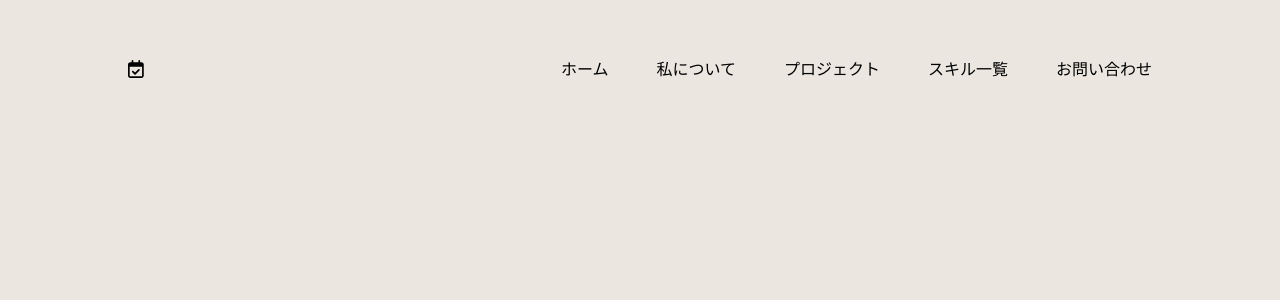
Repository: n-yoshikawa00/reactfolio
Page: /
An editor plug-in stored every save of this project. The page is shown before and after the next save, followed by the edit.
The browser window is 1280 px wide. The pictures show the whole page.
The project was rebuilt for these pictures with package versions that can differ from the ones it lists, and the page was loaded fresh each time. Also part of the build but not shown: vite.config.js.

Above is the page before, as saved 2024-10-16 20:35:42.

### index.html
<!DOCTYPE html>
<html lang="en">
  <head>
    <meta charset="UTF-8" />
    <link rel="icon" type="image/svg+xml" href="/vite.svg" />
    <meta name="viewport" content="width=device-width, initial-scale=1.0" />
    <title>ポートフォリオ</title>
    <link rel="preconnect" href="https://fonts.googleapis.com" />
    <link rel="preconnect" href="https://fonts.gstatic.com" crossorigin />
    <link
      href="https://fonts.googleapis.com/css2?family=Noto+Serif+JP:wght@200..900&display=swap"
      rel="stylesheet"
    />
  </head>
  <body class="font-NotoSerifJP bg-body text-black">
    <div id="root"></div>
    <script type="module" src="/src/main.jsx"></script>
  </body>
</html>

### src/App.jsx
import { useState } from "react";
import reactLogo from "./assets/react.svg";
import viteLogo from "/vite.svg";
import "./App.css";
import Todo from "./components/Todo";
import "./index.css";

const App = () => (
  <header class="py-6">
    <div class="container mx-auto flex justify-between items-center px-8 md:px-14 lg:px-24 w-full">
      <div class="text-lg font-bold items-center">
        <Todo />
      </div>
      <div class="space-x-12 hidden md:flex items-center">
        <a
          href="#home"
          class="hover:text-selectedText transition-all duration-300"
        >
          ホーム
        </a>
        <a
          href="#about"
          class="hover:text-selectedText transition-all duration-300"
        >
          私について
        </a>
        <a
          href="#portfolio"
          class="hover:text-selectedText transition-all duration-300"
        >
          プロジェクト
        </a>
        <a
          href="#skills"
          class="hover:text-selectedText transition-all duration-300"
        >
          スキル一覧
        </a>
        <a
          href="#contact"
          class="hover:text-selectedText transition-all duration-300"
        >
          お問い合わせ
        </a>
      </div>
      <div class="md:hidden hover:text-selectedText transition-all duration-300">
        <button id="barbutton" type="button" class="fixed top-6 right-6 z-10">
          <i id="bars" class="fa-solid fa-bars"></i>
        </button>
      </div>
      <ul
        id="menu"
        class="fixed top-0 left-0 z-0 w-full translate-x-full bg-gray-500 opacity-50 text-center font-bold text-white transition-all ease-linear"
      >
        <li class="p-1">
          <a href="#home">ホーム</a>
        </li>
        <li class="p-1">
          <a href="#about">私について</a>
        </li>
        <li class="p-1">
          <a href="#portfolio">プロジェクト</a>
        </li>
        <li class="p-1">
          <a href="#skills">スキル一覧</a>
        </li>
        <li class="p-1">
          <a href="#contact">お問い合わせ</a>
        </li>
      </ul>
    </div>
  </header>
);

export default App;

### src/index.css
@tailwind base;
@tailwind components;
@tailwind utilities;

html,
body {
  scroll-behavior: smooth;
}

.secondary-title {
  @apply text-3xl font-bold;
}

.secondary-title::before {
  content: "";
  @apply block w-12 h-2 bg-selectedText rounded-full mb-1;
}

.section-paragraph {
  @apply text-secondary my-6 w-full max-w-3xl;
}

.badge {
  @apply px-4 py-2 text-sm bg-badge rounded-md;
}

### src/components/Todo.jsx
import ReactDOM from "react-dom";
import { FontAwesomeIcon } from "@fortawesome/react-fontawesome";
import { faCalendarCheck } from "@fortawesome/free-regular-svg-icons";

// const element = <FontAwesomeIcon icon={byPrefixAndName.fas["house"]} />;
const element = <FontAwesomeIcon icon={faCalendarCheck} />;

const Todo = () => {
  return <a href="#">{element}</a>;
};

export default Todo;

### tailwind.config.js
/** @type {import('tailwindcss').Config} */
export default {
  content: ["*.{html,js}", "./src/**/*.{js,jsx}"],
  theme: {
    extend: {
      colors: {
        //基本色
        body: "#ebe7e0",
        //選択時の色
        selectedText: "#A9A9A9",
        secondary: "#9191A4",
        badge: "#FFCC66",
        inputBorder: "#565666",
        input: "#2A2A2A",
      },
    },
    fontFamily: {
      NotoSerifJP: ["Noto Serif JP", "serif"],
    },
  },
  plugins: [],
};

### src/components/Navbar.jsx
const Navbar = () => {
  return (
    <>
      <div class="space-x-12 hidden md:flex items-center">
        <a
          href="#home"
          class="hover:text-selectedText transition-all duration-300"
        >
          ホーム
        </a>
        <a
          href="#about"
          class="hover:text-selectedText transition-all duration-300"
        >
          私について
        </a>
        <a
          href="#portfolio"
          class="hover:text-selectedText transition-all duration-300"
        >
          プロジェクト
        </a>
        <a
          href="#skills"
          class="hover:text-selectedText transition-all duration-300"
        >
          スキル一覧
        </a>
        <a
          href="#contact"
          class="hover:text-selectedText transition-all duration-300"
        >
          お問い合わせ
        </a>
      </div>
      <div class="md:hidden hover:text-selectedText transition-all duration-300">
        <button id="barbutton" type="button" class="fixed top-6 right-6 z-10">
          <i id="bars" class="fa-solid fa-bars"></i>
        </button>
      </div>
      <ul
        id="menu"
        class="fixed top-0 left-0 z-0 w-full translate-x-full bg-gray-500 opacity-50 text-center font-bold text-white transition-all ease-linear"
      >
        <li class="p-1">
          <a href="#home">ホーム</a>
        </li>
        <li class="p-1">
          <a href="#about">私について</a>
        </li>
        <li class="p-1">
          <a href="#portfolio">プロジェクト</a>
        </li>
        <li class="p-1">
          <a href="#skills">スキル一覧</a>
        </li>
        <li class="p-1">
          <a href="#contact">お問い合わせ</a>
        </li>
      </ul>
    </>
  );
};

Loaded but not shown: src/main.jsx (common file); src/App.css (common file)

After the next save:
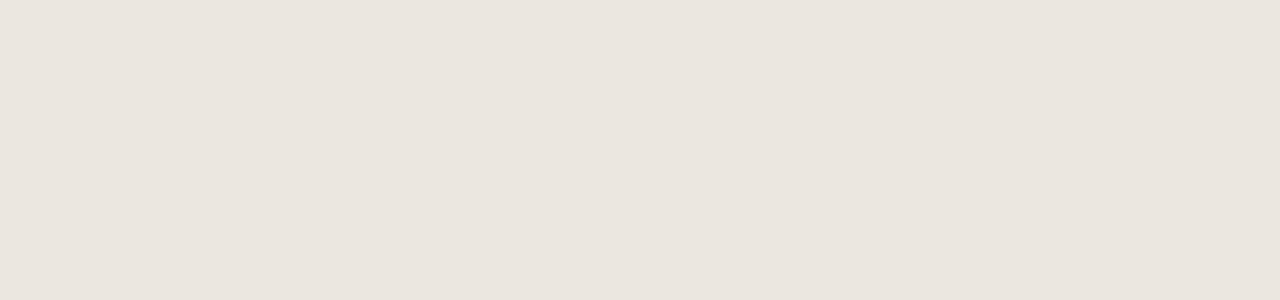
Console error: ReferenceError: Navbar is not defined
Saved 26 s later.
--- a/src/App.jsx
+++ b/src/App.jsx
@@ -11,63 +11,7 @@
       <div class="text-lg font-bold items-center">
         <Todo />
       </div>
-      <div class="space-x-12 hidden md:flex items-center">
-        <a
-          href="#home"
-          class="hover:text-selectedText transition-all duration-300"
-        >
-          ホーム
-        </a>
-        <a
-          href="#about"
-          class="hover:text-selectedText transition-all duration-300"
-        >
-          私について
-        </a>
-        <a
-          href="#portfolio"
-          class="hover:text-selectedText transition-all duration-300"
-        >
-          プロジェクト
-        </a>
-        <a
-          href="#skills"
-          class="hover:text-selectedText transition-all duration-300"
-        >
-          スキル一覧
-        </a>
-        <a
-          href="#contact"
-          class="hover:text-selectedText transition-all duration-300"
-        >
-          お問い合わせ
-        </a>
-      </div>
-      <div class="md:hidden hover:text-selectedText transition-all duration-300">
-        <button id="barbutton" type="button" class="fixed top-6 right-6 z-10">
-          <i id="bars" class="fa-solid fa-bars"></i>
-        </button>
-      </div>
-      <ul
-        id="menu"
-        class="fixed top-0 left-0 z-0 w-full translate-x-full bg-gray-500 opacity-50 text-center font-bold text-white transition-all ease-linear"
-      >
-        <li class="p-1">
-          <a href="#home">ホーム</a>
-        </li>
-        <li class="p-1">
-          <a href="#about">私について</a>
-        </li>
-        <li class="p-1">
-          <a href="#portfolio">プロジェクト</a>
-        </li>
-        <li class="p-1">
-          <a href="#skills">スキル一覧</a>
-        </li>
-        <li class="p-1">
-          <a href="#contact">お問い合わせ</a>
-        </li>
-      </ul>
+      <Navbar />
     </div>
   </header>
 );

After the 3 saves that followed:
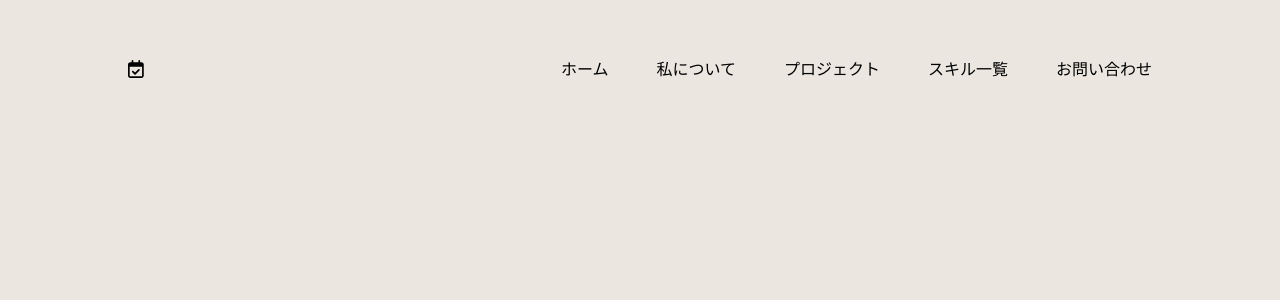
The error is gone.
The 3 saves are shown as one change because 2 left the picture as it was.
The last was saved 46 s later.
--- a/src/App.jsx
+++ b/src/App.jsx
@@ -4,6 +4,7 @@
 import "./App.css";
 import Todo from "./components/Todo";
 import "./index.css";
+import Navbar from "./components/Navbar";
 
 const App = () => (
   <header class="py-6">
--- a/src/components/Navbar.jsx
+++ b/src/components/Navbar.jsx
@@ -61,3 +61,4 @@
     </>
   );
 };
+export default Navbar;
